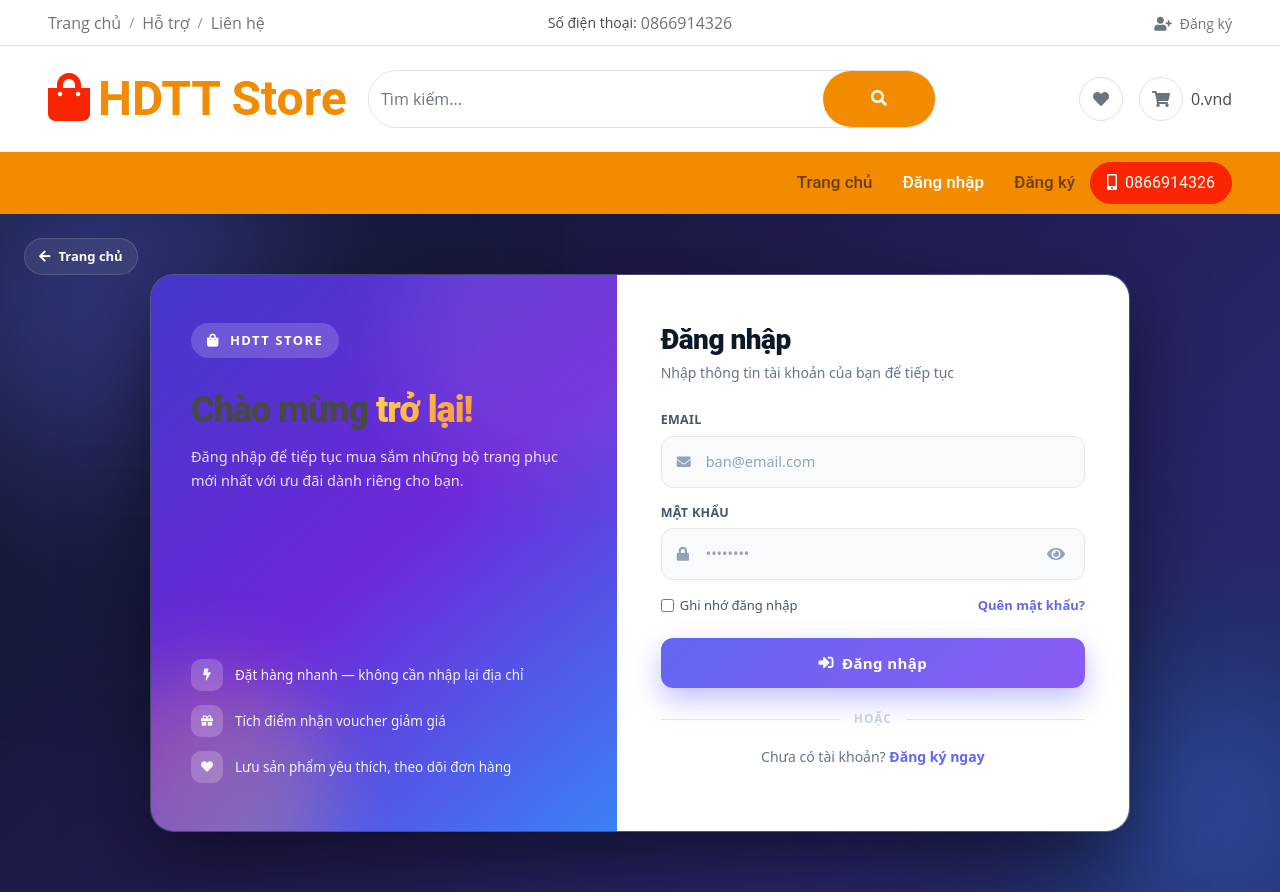
Repository: dungcon567-ux/HDTT-Store-IMTATECK
Page: http://localhost/duaan1/Duan1/giaodien/duaan1-giaodien/mvc-oop-basic/index.php?act=loginUser
These files come from the project's save history. The page is drawn as it stood at one moment and after the next save; the edit follows.
The browser window is 1280 px wide. The pictures show the whole page.
Some web fonts or font styles are not loaded; a fallback is used. Some web libraries are served in a nearby version. The page is run by PHP 8.4 with error messages shown; the project is at /var/www/html/.

Above is the page before, as saved 2026-05-07 15:34:31.

After the next save:
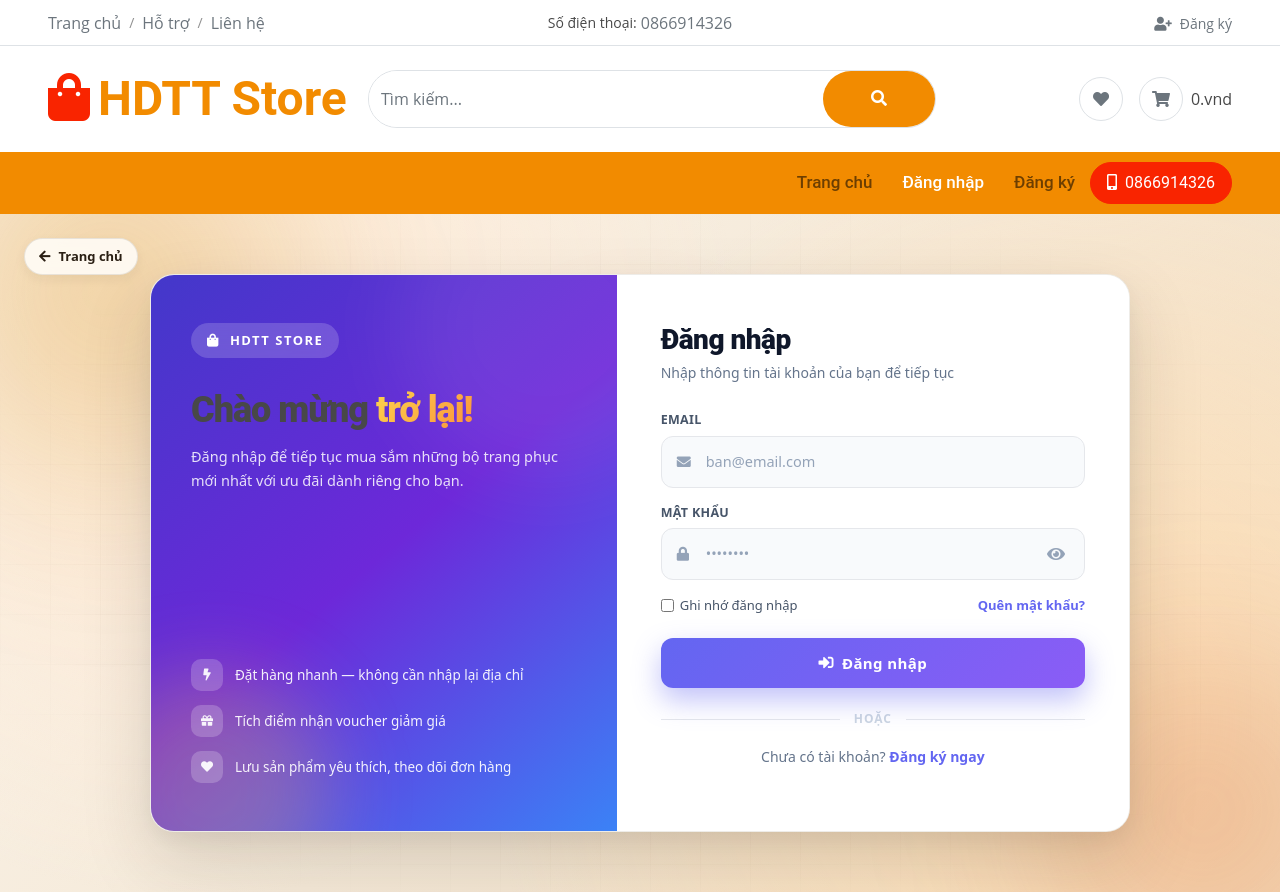
Saved 24 s later.
--- a/giaodien/duaan1-giaodien/mvc-oop-basic/views/client/giaodien/loginUser.php
+++ b/giaodien/duaan1-giaodien/mvc-oop-basic/views/client/giaodien/loginUser.php
@@ -112,23 +112,26 @@
     <style>
         .auth-stage{
             position:relative;min-height:calc(100vh - 60px);
-            background:linear-gradient(135deg,#0f172a 0%,#1e1b4b 40%,#312e81 100%);
+            background:
+              radial-gradient(circle at 15% 20%, #FFE9D5 0%, transparent 45%),
+              radial-gradient(circle at 85% 75%, #FFE0B8 0%, transparent 50%),
+              linear-gradient(135deg, #FBF6ED 0%, #F5E9D8 50%, #F0DCC0 100%);
             overflow:hidden;padding:60px 16px;
             display:flex;align-items:center;justify-content:center;
             font-family:'Plus Jakarta Sans',system-ui,sans-serif;
         }
         .auth-stage::before,.auth-stage::after{
             content:"";position:absolute;border-radius:50%;
-            filter:blur(80px);opacity:.55;pointer-events:none;
+            filter:blur(70px);pointer-events:none;
             animation:authFloat 14s ease-in-out infinite;
         }
         .auth-stage::before{
             width:520px;height:520px;left:-180px;top:-160px;
-            background:radial-gradient(circle,#6366f1 0%,#0f172a 70%);
+            background:radial-gradient(circle,rgba(202,138,4,.32) 0%,rgba(202,138,4,0) 70%);
         }
         .auth-stage::after{
             width:480px;height:480px;right:-160px;bottom:-160px;
-            background:radial-gradient(circle,#3b82f6 0%,#0f172a 70%);
+            background:radial-gradient(circle,rgba(194,65,12,.28) 0%,rgba(194,65,12,0) 70%);
             animation-delay:-7s;
         }
         @keyframes authFloat{
@@ -137,31 +140,31 @@
         }
         .auth-blob{
             position:absolute;width:360px;height:360px;border-radius:50%;
-            background:radial-gradient(circle,rgba(168,85,247,.4) 0%,rgba(168,85,247,0) 70%);
+            background:radial-gradient(circle,rgba(251,146,60,.35) 0%,rgba(251,146,60,0) 70%);
             filter:blur(40px);pointer-events:none;
             top:35%;left:50%;transform:translate(-50%,-50%);
             animation:authPulse 6s ease-in-out infinite;
         }
         @keyframes authPulse{
-            0%,100%{opacity:.4;transform:translate(-50%,-50%) scale(1)}
+            0%,100%{opacity:.45;transform:translate(-50%,-50%) scale(1)}
             50%{opacity:.7;transform:translate(-50%,-50%) scale(1.15)}
         }
         .auth-grid-bg{
             position:absolute;inset:0;
             background-image:
-                linear-gradient(rgba(255,255,255,.03) 1px,transparent 1px),
-                linear-gradient(90deg,rgba(255,255,255,.03) 1px,transparent 1px);
-            background-size:50px 50px;mask-image:radial-gradient(ellipse at center,black 30%,transparent 75%);
-            -webkit-mask-image:radial-gradient(ellipse at center,black 30%,transparent 75%);
+                linear-gradient(rgba(42,31,20,.05) 1px,transparent 1px),
+                linear-gradient(90deg,rgba(42,31,20,.05) 1px,transparent 1px);
+            background-size:50px 50px;mask-image:radial-gradient(ellipse at center,black 30%,transparent 80%);
+            -webkit-mask-image:radial-gradient(ellipse at center,black 30%,transparent 80%);
         }
 
         .auth-card{
             position:relative;z-index:2;
             width:100%;max-width:980px;
-            background:rgba(255,255,255,.06);backdrop-filter:blur(20px);
-            border:1px solid rgba(255,255,255,.15);
+            background:#FFFEFB;
+            border:1px solid rgba(42,31,20,.08);
             border-radius:24px;overflow:hidden;
-            box-shadow:0 30px 80px rgba(0,0,0,.5);
+            box-shadow:0 30px 70px rgba(42,31,20,.15), 0 8px 24px rgba(42,31,20,.06);
             display:grid;grid-template-columns:1fr 1.1fr;
             animation:authPop .6s cubic-bezier(.16,1,.3,1);
         }
@@ -310,12 +313,13 @@
             position:absolute;top:24px;left:24px;z-index:5;
             display:inline-flex;align-items:center;gap:8px;
             padding:8px 14px;border-radius:999px;
-            background:rgba(255,255,255,.08);backdrop-filter:blur(8px);
-            border:1px solid rgba(255,255,255,.15);
-            color:#fff;text-decoration:none;font-size:13px;font-weight:600;
+            background:rgba(255,254,251,.85);backdrop-filter:blur(8px);
+            border:1px solid rgba(42,31,20,.1);
+            color:#2A1F14;text-decoration:none;font-size:13px;font-weight:600;
+            box-shadow:0 4px 12px rgba(42,31,20,.06);
             transition:all .2s;
         }
-        .auth-back:hover{background:rgba(255,255,255,.18);color:#fff;transform:translateX(-2px)}
+        .auth-back:hover{background:#FFFEFB;color:#C2410C;transform:translateX(-2px);box-shadow:0 6px 16px rgba(194,65,12,.15)}
     </style>
 
     <section class="auth-stage">
